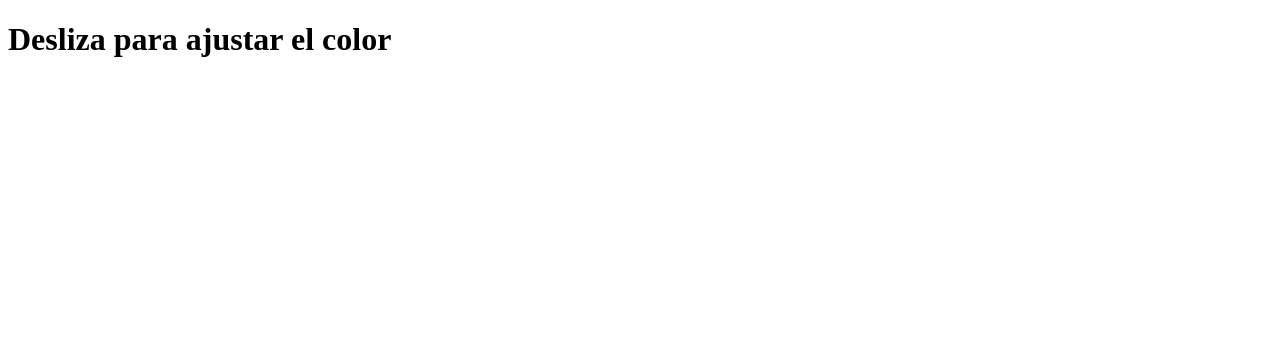
Repository: Kevin8548/Ejercicios-DOM
Page: DeslizadorColor.html
An editor plug-in stored every save of this project. The page is shown before and after the next save, followed by the edit.
The browser window is 1280 px wide. The pictures show the whole page.

Above is the page before, as saved 2024-10-07 01:52:09.

After the next save:
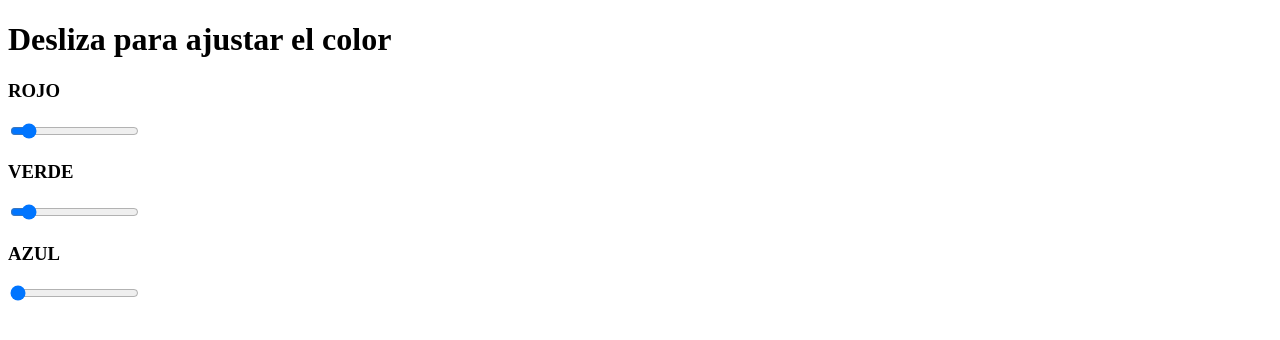
Saved 66 s later.
--- a/DeslizadorColor.html
+++ b/DeslizadorColor.html
@@ -7,6 +7,11 @@
 </head>
 <body>
     <h1>Desliza para ajustar el color</h1>
-
+    <h3>ROJO</h3>
+    <input type="range" id="sliderAncho" min="0" max="1000" value="100" step="1">
+    <h3>VERDE</h3>
+    <input type="range" id="sliderAlto" min="0" max="1000" value="100" step="1">
+    <h3>AZUL</h3>
+    <input type="range" id="sliderSombra" min="0" max="500" value="0" step="1">
 </body>
 </html>
